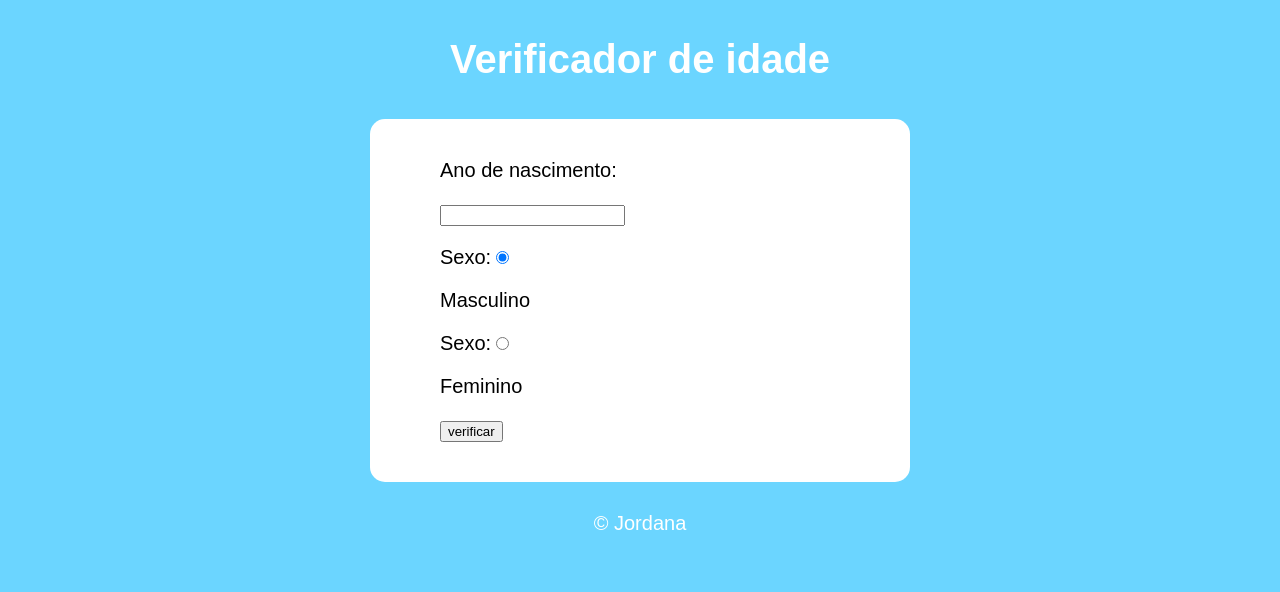
Repository: Iamjordana/Curso-JavaScript
Page: desafio/d02/index.html
The author's editor kept a copy of each file at every save. The page is drawn from the files as they stood at one save, then again after the next save.
The browser window is 1280 px wide. The pictures show the whole page.

Above is the page before, as saved 2025-02-20 13:41:57.

### desafio/d02/index.html
<!DOCTYPE html>
<html lang="pt-br">
<head>
    <meta charset="UTF-8">
    <meta name="viewport" content="width=device-width, initial-scale=1.0">
    <title>Modelo Exercicio 2</title>
    <link rel="stylesheet" href="style.css">
</head>
<body>
    <header>
        <h1>Verificador de idade</h1>
    </header>
    <section>
        <div>
           <p>Ano de nascimento:</p>
           <input type="number" name="txtano" id="txtano" min="0">
           <p>Sexo:<input type="radio" name="res" id="masc" checked></p>
           <label for="masc">Masculino</label>
           <p>Sexo:<input type="radio" name="res" id="fem"></p>
           <label for="fem">Feminino</label>
            <p>
                <input type="button" value="verificar">
            </p>

        </div>
        <div id="res">

        </div>
    </section>
    <footer>
        <p>&copy; Jordana</p>
    </footer>
    <script src="script.js"></script>
</body>
</html>

### desafio/d02/style.css
@charset "UTF-8";

body {
  font: normal 15pt Arial, sans-serif;
  background-color: #6bd5ff;
  margin: 0;
  padding: 0;
}

header {
  color: white;
  text-align: center;
  padding: 10px 0;
}

div {
  margin: 0 auto;
  width: 80%;
  text-align:left;
}

section {
  background-color: white;
  padding: 20px;
  border-radius: 15px;
  width: 500px;
  margin: auto;
}

footer {
  color: #ffffff;
  text-align: center;
  padding: 10px 0;
  border-radius: 15px;
}

Loaded but not shown: desafio/d02/script.js (no copy from this time; the picture is the same without it)

After the next save:
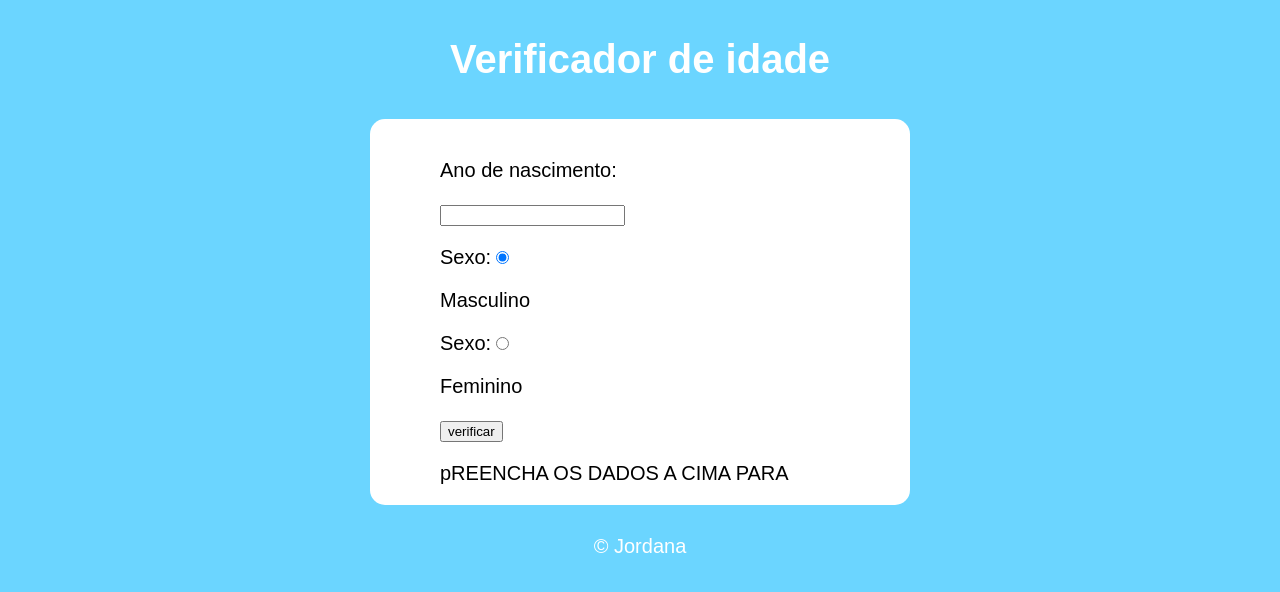
Saved 6 s later.
--- a/desafio/d02/index.html
+++ b/desafio/d02/index.html
@@ -24,7 +24,7 @@
 
         </div>
         <div id="res">
-
+            pREENCHA OS DADOS A CIMA PARA
         </div>
     </section>
     <footer>
